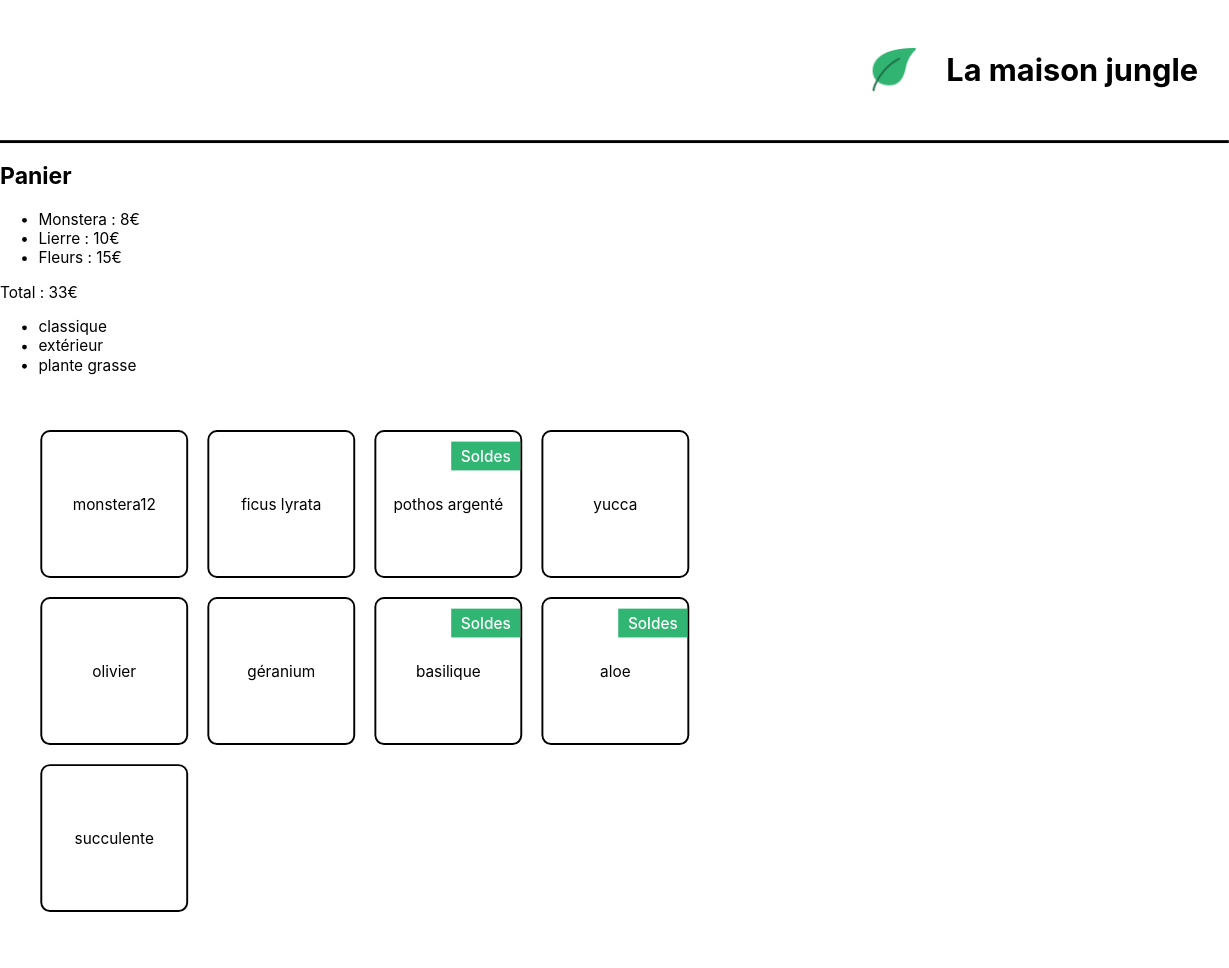
Repository: massndongo/la-maison-junglee
Page: /
The author's editor kept a copy of each file at every save. The page is drawn from the files as they stood at one save, then again after a run of saves.
The browser window is 1280 px wide. The pictures show the whole page, at 96% of full size.
The project was rebuilt for these pictures with package versions that can differ from the ones it lists, and the page was loaded fresh each time.

Above is the page before, as saved 2023-03-27 23:48:14.

After the next 2 saves:
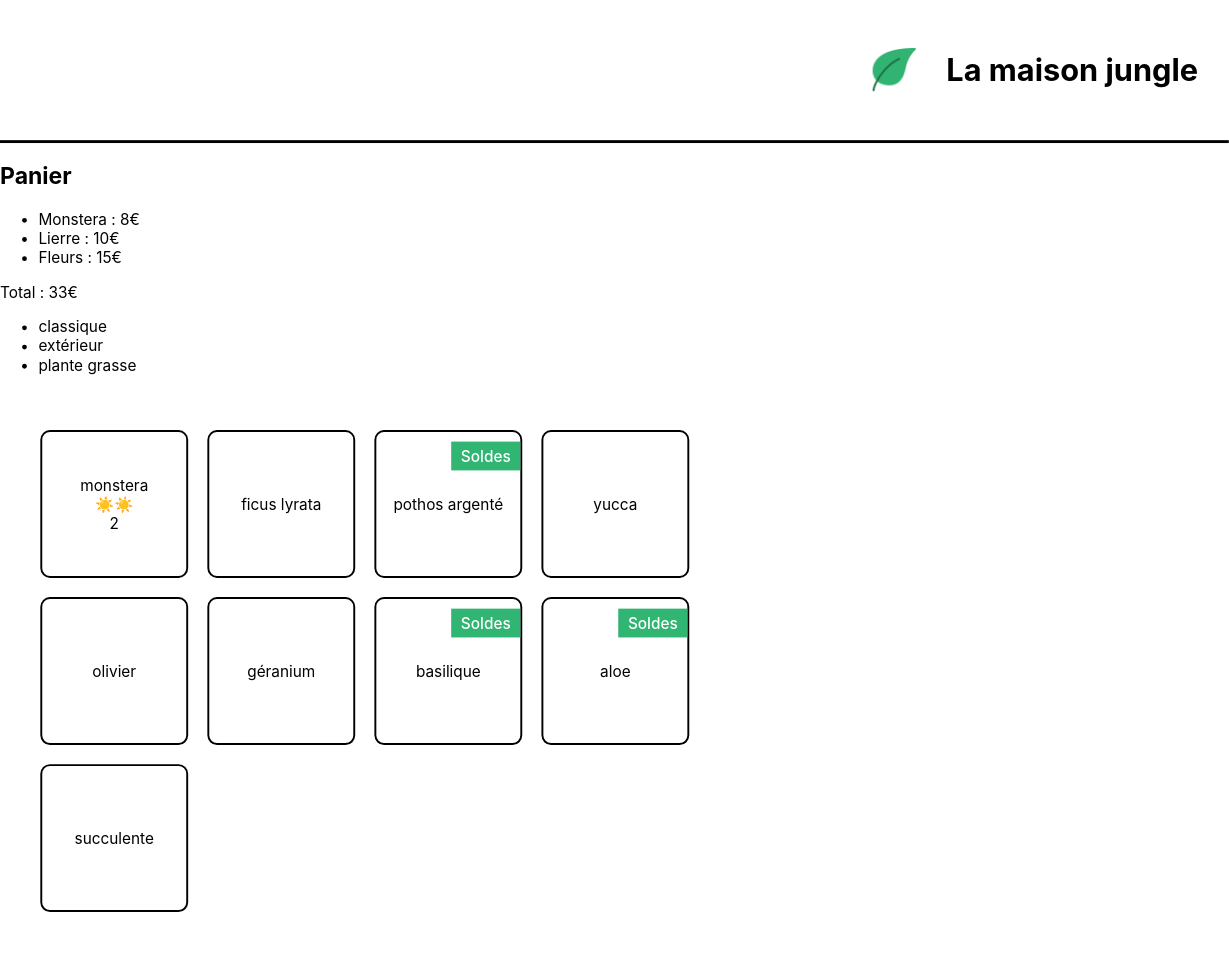
The 2 saves are shown as one change because 1 did not build or start.
The last was saved 32 s later.
--- a/src/components/ShoppingList.js
+++ b/src/components/ShoppingList.js
@@ -1,5 +1,6 @@
 import { plantList } from '../datas/plantList'
 import '../styles/ShoppingList.css'
+import CareScale from './CareScale'
 
 function ShoppingList() {
 	const categories = plantList.reduce(
@@ -19,7 +20,7 @@ function ShoppingList() {
 				{plantList.map((plant) => (
 					<li key={plant.id} className='lmj-plant-item'>
                         {plant.name}
-						{plant.water}
+						<CareScale scaleValue={plant.light} />
 						{plant.light}
                         {plant.isSpecialOffer && <div className='lmj-sales'>Soldes</div>}
                     </li>
